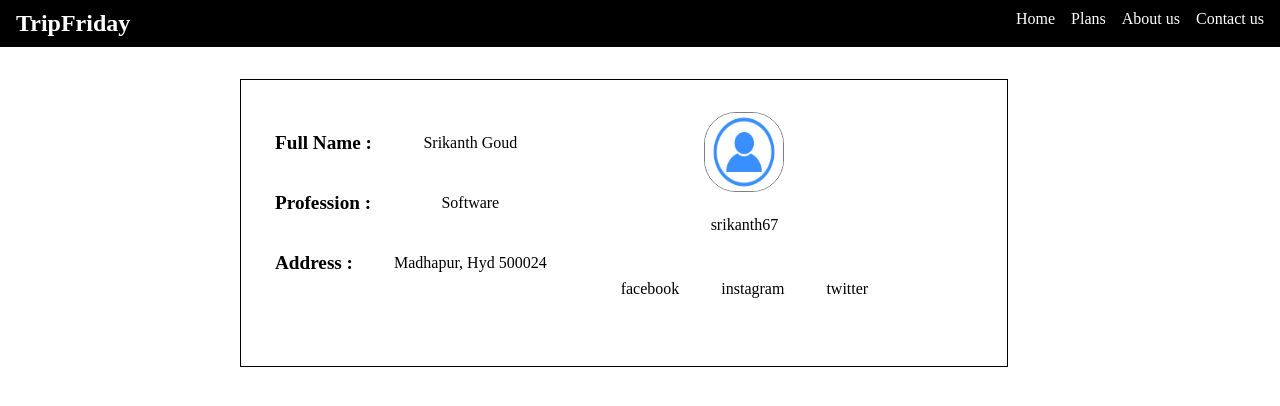
Repository: suraj-yadav7/userprofile
Page: /userdetails
The author's editor kept a copy of each file at every save. The page is drawn from the files as they stood at one save, then again after the next save.
The browser window is 1280 px wide. The pictures show the whole page.
The project was rebuilt for these pictures with package versions that can differ from the ones it lists, and the page was loaded fresh each time. Also part of the build but not shown: src/components/UserProfile.jsx.

Above is the page before, as saved 2023-05-04 15:23:11.

After the next save:
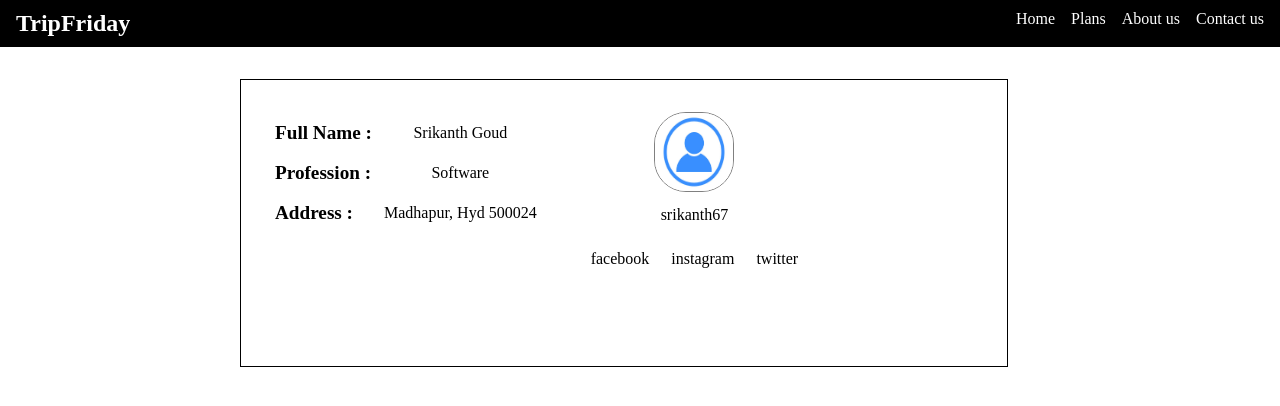
Saved 17 s later.
--- a/src/assests/userProfile.scss
+++ b/src/assests/userProfile.scss
@@ -15,7 +15,7 @@ background-color:cornsilk;
     }
 }
 .fetchList,p,button{
-    padding: 10px;
+    // padding: 1px;
     margin: 10px;
     text-align: center;
 
